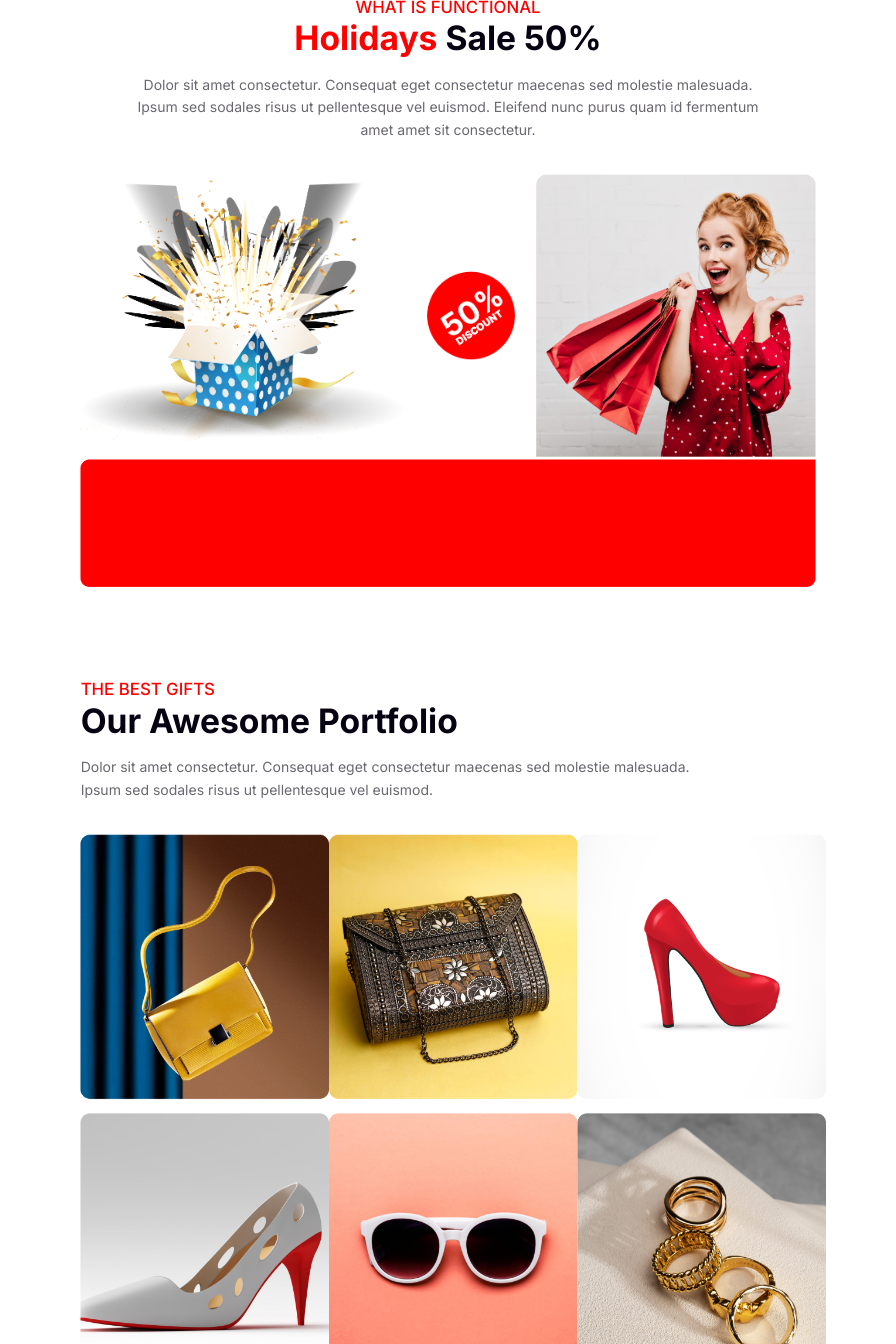
Repository: rahmatahmedrifat/First-Assignment
Page: index.html
These files come from the project's save history. The page is drawn as it stood at one moment and after the next save; the edit follows.
The browser window is 1280 px wide. The pictures show the part of the page from y = 3418 to 5338 px (the page is 6837 px tall before and 6854 px after), at 70% of full size.

Above is the page before, as saved 2024-01-08 23:31:41.

After the next save:
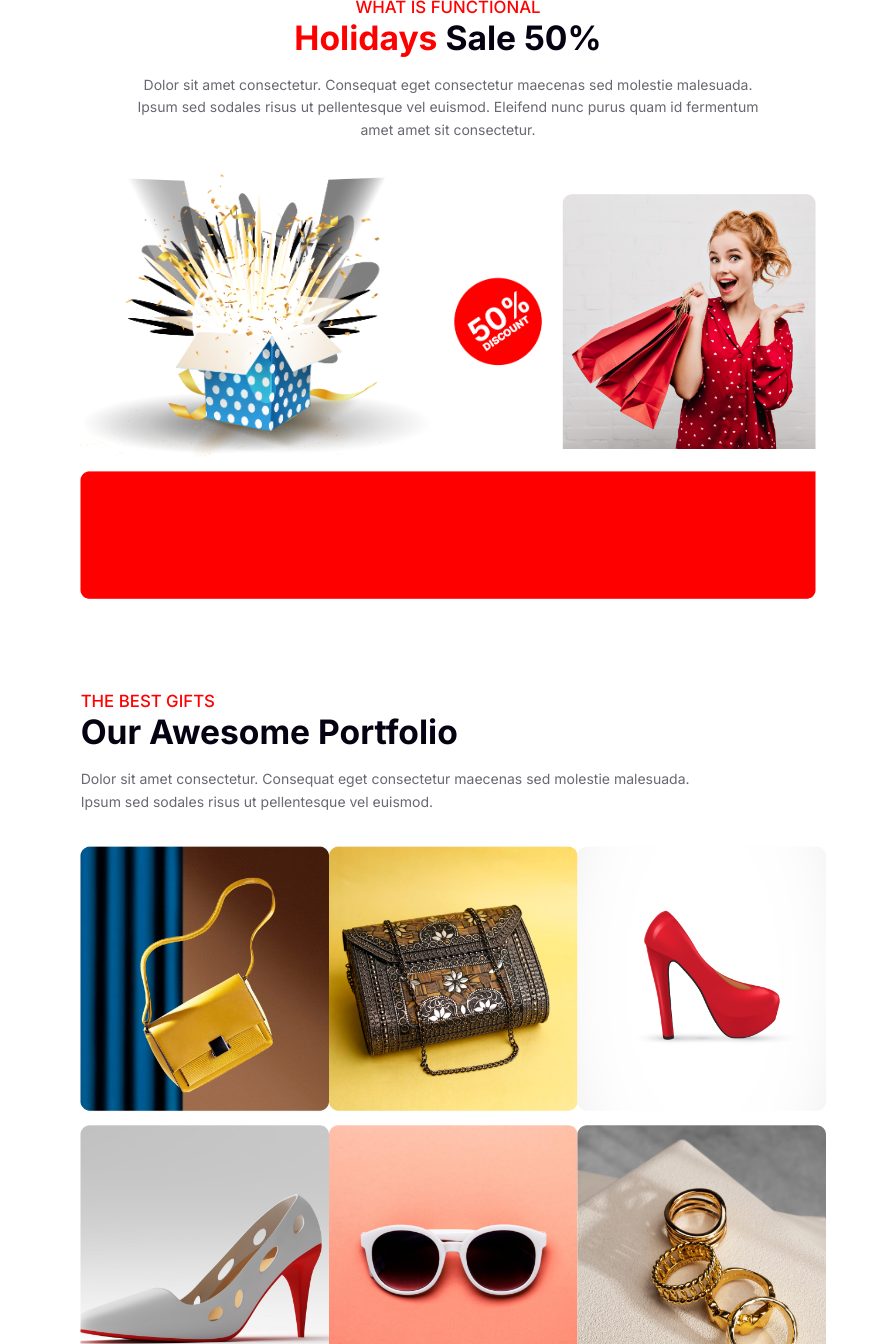
Saved 17 h 6 min later.
--- a/Style/style.css
+++ b/Style/style.css
@@ -428,13 +428,13 @@
     margin-top: 48px;
 }
 .holiday-back-img .holiday-gift-content{
-    width: 500px;
+    width: 600px;
 }
 .holiday-back-img .holiday-gift-content img{
     max-width: 100%;
 }
 .holiday-back-img .holiday-discount-content{
-    width: 200px;
+    width: 220px;
 }
 .holiday-back-img .holiday-discount-content img{
     max-width: 100%;
